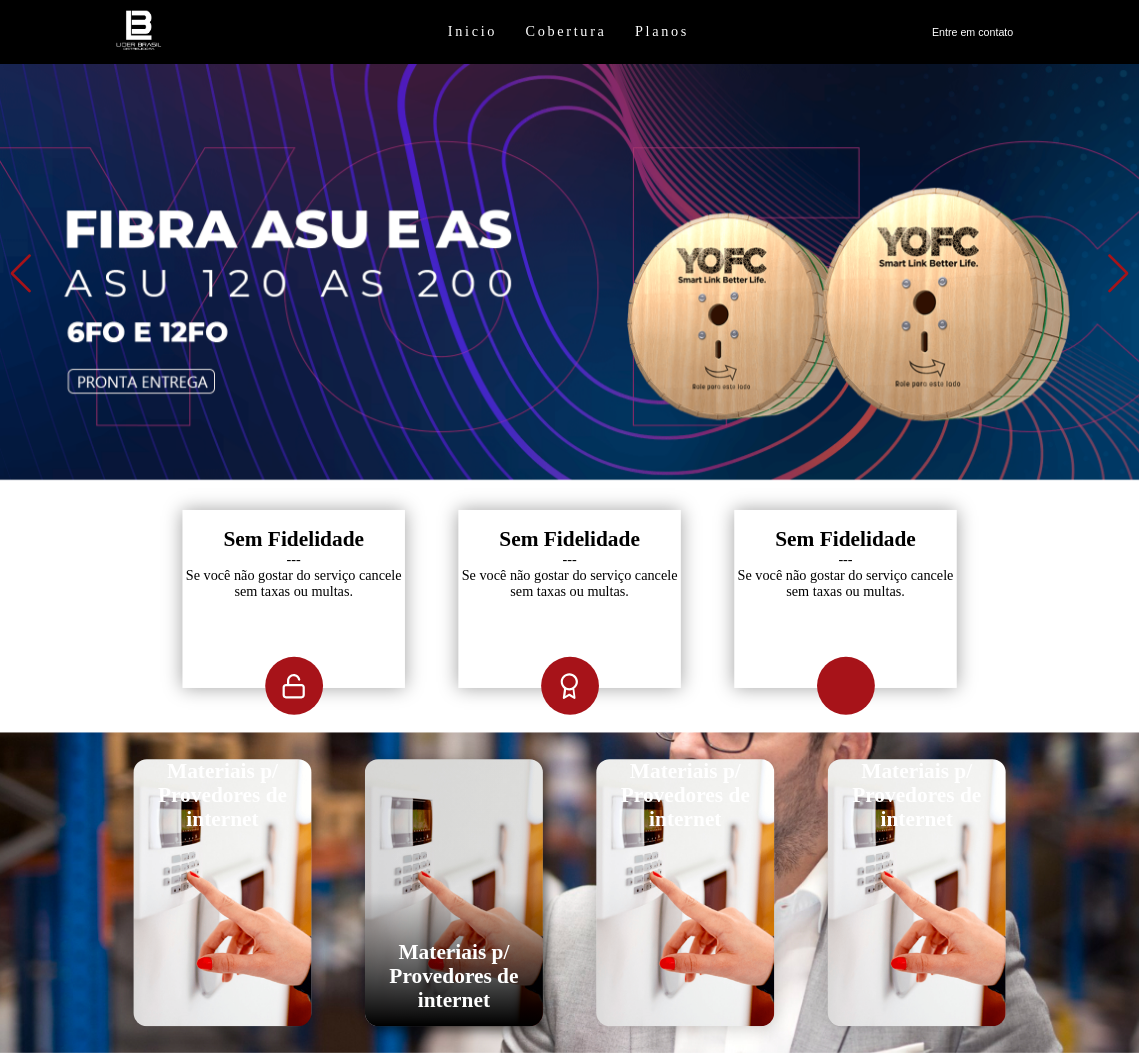
Repository: mateus-henrique-silva/Novo_institucional_lider
Page: index.html
The author's editor kept a copy of each file at every save. The page is drawn from the files as they stood at one save, then again after the next save.
The browser window is 1280 px wide. The pictures show the whole page, at 89% of full size.
Backgrounds fixed to the window are drawn as part of the page. Some web fonts or font styles are not loaded; a fallback is used.

Above is the page before, as saved 2022-09-06 10:30:27.
Console error: SyntaxError: Identifier 'MobileNavbar' has already been declared

### index.html
<!DOCTYPE html>
<html lang="en">
  <head>
    <meta charset="UTF-8" />
    <meta http-equiv="X-UA-Compatible" content="IE=edge" />
    <meta name="viewport" content="width=device-width, initial-scale=1.0" />
    <meta
      name="viewport"
      content="width=device-width, user-scalable=yes, initial-scale=1.0, maximum-scale=10, minimum-scale=1.0"
    />
    <link rel="stylesheet" href="./src/CSS/Global.css" />
    <link rel="stylesheet" href="./src/CSS/Header/style.css" />
    <link rel="stylesheet" href="./src/CSS/Main/style.css" />
    <link rel="stylesheet" href="./src/CSS/Main/Carousel/styles.css" />
    <link rel="stylesheet" href="./src/CSS/Main/Box/style.css" />
    <link rel="stylesheet" href="./src/CSS/Main/Products/style.css" />
    <link
      rel="stylesheet"
      href="https://unpkg.com/swiper@8/swiper-bundle.min.css"
    />

    <title>Líder Brasil</title>
  </head>
  <body>
    <header>
      <nav>
        <a class="logo"
          ><img src="./src/Assets/Logo/lb.png" width="50" alt=""
        /></a>
        <div class="mobile-menu">
          <div class="line1"></div>
          <div class="line2"></div>
          <div class="line3"></div>
        </div>
        <ul class="nav-list">
          <li><a href="#network index.html">Inicio</a></li>
          <li><a href="#map-container">Cobertura</a></li>
          <li><a href="#container">Planos</a></li>
        </ul>
        <ul>
          <li style="list-style: none; font-size: 10px">
            <a
              href="#"
              style="
                font-size: 12px;
                padding: 10px;
                font-family: arial;
                color: white;
              "
              onclick="openForm()"
              class="contact-header"
              >Entre em contato</a
            >
          </li>
        </ul>
      </nav>
    </header>
    <main>
      <section>
        <div class="swiper">
          <div class="swiper-wrapper">
            <div class="swiper-slide">
              <div class="project-img">
                <img
                  src="./src/Assets/img/carrossel/desktop/drop-desktop.png"
                  alt="Foto 01"
                />
              </div>
              <div class="project-img" id="mobile-img">
                <img
                  src="./src/Assets/img/carrossel/mobile/drop-mobile.png"
                  alt="Foto 03"
                />
              </div>
            </div>
            <div class="swiper-slide">
              <div class="project-img">
                <img
                  src="./src/Assets/img/carrossel/desktop/escada-desktop.png"
                  alt="Foto 01"
                />
              </div>
              <div class="project-img" id="mobile-img">
                <img
                  src="./src/Assets/img/carrossel/mobile/escada-mobile.png"
                  alt="Foto 03"
                />
              </div>
            </div>
            <div class="swiper-slide">
              <div class="project-img">
                <img src="./src/Assets/img/teste6.png" alt="Foto 01" />
              </div>
              <div class="project-img" id="mobile-img">
                <img src="./src/Assets/img/foto_03.png" alt="Foto 03" />
              </div>
            </div>
          </div>
          <div class="swiper-button-next"></div>
          <div class="swiper-button-prev"></div>
          <div class="swiper-pagination"></div>
        </div>
      </section>
      <section>
        <div class="section-box">
          <!-- card 1 -->

          <ul>
            <li class="box">
              <div class="box-inter">
                <h1>Sem Fidelidade</h1>
                <p>---</p>

                <p>
                  Se você não gostar do serviço cancele sem taxas ou multas.
                </p>
              </div>

              <div class="obj">
                <img
                  src="./src/Assets/img/icons/unlock.svg"
                  alt="arrowup"
                  srcset=""
                />
              </div>
            </li>
            <!-- card 2 -->
            <li class="box">
              <div class="box-inter">
                <h1>Sem Fidelidade</h1>
                <p>---</p>

                <p>
                  Se você não gostar do serviço cancele sem taxas ou multas.
                </p>
              </div>

              <div class="obj">
                <img
                  src="./src/Assets/img/icons/award.svg"
                  alt="arrowup"
                  srcset=""
                />
              </div>
            </li>
            <!-- card 3 -->
            <li class="box">
              <div class="box-inter">
                <h1>Sem Fidelidade</h1>
                <p>---</p>

                <p>
                  Se você não gostar do serviço cancele sem taxas ou multas.
                </p>
              </div>

              <div class="obj">
                <img
                  src="./src/Assets/img/icons/chevrons-up.svg"
                  alt="arrowup"
                  srcset=""
                />
              </div>
            </li>
          </ul>
        </div>
      </section>

      <section>
        <div class="background">
          <img
            class="img"
            src="./src/Assets/img/icons/aBlack.svg"
            alt=""
            srcset=""
          />

          <ul>
            <li>
              <div class="products">
                <button>text</button>
                <div>
                  <h2>Materiais p/ Provedores de internet</h2>
                </div>

              </div>
            </li>

            <li>

              <div class="products">
                <div class="back-radient">
                <button>text</button>
                <div>
                  <h2>Materiais p/ Provedores de internet</h2>
                </div>

              </div>
            </div>
            </li>

            <li>
              <div class="products">
                <button>text</button>
                <div>
                  <h2>Materiais p/ Provedores de internet</h2>
                </div>

              </div>
            </li>
            <li>
              <div class="products">
                <button>text</button>
                <div>
                  <h2>Materiais p/ Provedores de internet</h2>
                </div>

              </div>
            </li>
          </ul>
        </div>
      </section>
    </main>
    <footer></footer>
    <script src="https://unpkg.com/swiper@8/swiper-bundle.min.js"></script>
    <script src="./src/Scripts/Carousel/scripts.js"></script>
    <script src="./src/Scripts/Mobile/scripts.js"></script>
    <script src="./src/Scripts/Global.js"></script>
  </body>
</html>

### src/CSS/Global.css
@import url("https://fonts.googleapis.com/css2?family=Montserrat:ital,wght@0,100;0,200;0,300;0,400;0,500;0,600;0,700;0,800;0,900;1,100;1,200;1,300;1,400;1,500;1,600;1,700;1,800;1,900&family=Source+Serif+Pro:ital,wght@0,200;0,300;0,400;0,600;0,700;0,900;1,200;1,300;1,400;1,600;1,700;1,900&display=swap");

* {
  font-family: 'Source Serif Pro', serif;
  margin: 0;
  padding: 0;
  border: 0;

}


body{

}

### src/CSS/Header/style.css
header {
  width: 100%;
  background-color: black;
  margin-top: 0;
}
a {
  color: black;
  text-decoration: none;
  transition: 0.3s;
}

a:hover {
  opacity: 0.7;
}

.logo {
  align-items: center;
  width: 6%;

  text-transform: uppercase;
  letter-spacing: 4px;
}

.logo h1 {
  font-size: 12px;
}

nav {
  display: flex;
  z-index: 1;

  width: 100%;
  margin-top: 0;

  justify-content: space-around;
  align-items: center;
  background-color: black;
  height: 10vh;
}

.nav-list {
  text-align: center;
  justify-content: center;
  list-style: none;
  display: flex;
  z-index: 1;
}

.nav-list li {
  letter-spacing: 3px;
  margin-left: 32px;
}
.nav-list li a {
  color: white;
}
.nav-list li a:hover {
  color: #ff073b;
}

.mobile-menu {
  display: none;
  margin-left: 80px;
  cursor: pointer;
}

.mobile-menu div {
  transition: 0.3s;

  width: 32px;
  height: 2px;
  background: white;
  margin: 8px;
}

@media (max-width: 950px) {
  body {
    overflow-x: hidden;
  }

  .nav-list {
    position: absolute;
    top: 7vh;
    right: 0;
    width: 100vw;
    height: 100vh;
    background-color: white;
    flex-direction: column;
    color: white;
    /* align-items: center; */
    display: none;
    justify-content:flex-start;
    transition: 0.4s ease-in;
    /* justify-content: space-around; */
    transform: translateX(100%);
  }

  .nav-list li {
    margin-top:100px;
    margin-left: 0;
    opacity: 0;
  }

  .mobile-menu {
    display: block;
  }
  .contact-header {
    display: none;
  }

  .logo {
    margin-left:10px;
    width: 60%;
  }
}

.nav-list.active {
  transition: 0.3s;
  overflow-y: hidden;
  position: fixed;
  z-index: 10000;
  background-color: black;
  transform: translateX(0);
  display: flex;
}

.nav-list.active li {
  color: white!important;
  font-weight:bold;
}

.nav-list.active li {
  color: white;
}

@keyframes navLinkFade {
  from {
    opacity: 0;
    transform: translateX(50px);
  }

  to {
    opacity: 1;
    transform: translateX(0);
  }
}

.mobile-menu.active .line1 {
  transform: rotate(-45deg) translate(-8px, 8px);
}

.mobile-menu.active .line2 {
  opacity: 0;
}

.mobile-menu.active .line3 {
  transform: rotate(45deg) translate(-5px, -7px);
}

### src/CSS/Main/style.css
main{
    width: 100%;
    height: 100%;

    max-width: 100vw;
}


section{

    width: 100%;
    max-width: 100vw;
    height: 100%;
}


ul li {
    list-style: none;
}

### src/CSS/Main/Carousel/styles.css
.swiper {
    height: 100%!important;

  }

  .swiper-slide {
    text-align: center;
    display: flex;
    height: 100%!important;
    align-items: center;
    justify-content: center;
  }

  @media (max-width: 450px) {
    .swiper {
      height: 270px;
    }

    .project-img img{
      width: 100%;
      height: 100%!important;
    }
  }

  .project-img img{
    width: 100%;
    /* height: 80vh; */
  }



  .swiper-pagination-bullet{
    color: white !important;
    /* margin-top:-10px!important; */
    background-color:white !important;
  }

  /*
    largura => 3840
    Altura => 420

  */


  .swiper-button-next:after, .swiper-button-prev:after{
    color:#a71319 !important;
  }

  #mobile-img{
    display: none;
  }


  @media(max-width:999px){
    #mobile-img{
      display: block!important;
    }


    .project-img{
      display:none;
    }
  }


.menu{
  display:flex;
  flex-direction:column;
}

### src/CSS/Main/Box/style.css
.section-box {
  width: 100%;

  justify-content: center;
  align-items: center;
  display: flex;
}

.box {
  display: flex;
  flex-direction: column;
  /* justify-content: center; */

  justify-content: flex-end;
  align-items: center;
  height: 100%;
  margin: 30px;
  margin-bottom: 20px;
  /* width: 100%; */
  /* background-color: red; */
}

@media (max-width: 770px) {
  .section-box {
    width: 100%;
    justify-content: space-around;
    flex-direction: column;
    display: flex;
  }

  .box-inter {
    background-color: white;
    height: 100px;
    width: 200px;
    /* width: 100%; */
  }
}

@media (max-width: 480px) {
  .box-inter {
    height: 170px !important;
    width: 170px !important;
    /* width: 100%; */
  }

  .obj {
    height: 45px !important;

    margin-top: -35px;
    width: 45px !important;
  }

  .obj img {
    width: 20px !important;
  }
}

.box-inter {
  background-color: white;
  height: 200px;
  width: 250px;
  -webkit-box-shadow: 0px 0px 20px 0px rgba(0, 0, 0, 0.37);
  box-shadow: 0px 0px 20px 0px rgba(0, 0, 0, 0.37);
  display: flex;

  flex-direction: column;
  align-items: center;
  text-align: center;

  /* width: 100%; */
}

.box-inter h1 {
  margin-top: 20px;
  font-size: clamp(1em, 1em + 1vw, 1.5em);
}

.box p {
  font-size: clamp(1em, 1em + 0.5vw, 0.5em);
}
.obj {
  background-color: #a71319;
  height: 65px;

  border-radius: 50%;
  display: flex;
  align-items: center;
  justify-content: center;
  margin-top: -35px;
  width: 65px;
}

.obj img {
  width: 30px;
}

.section-box ul {
  display: flex;
  overflow-x: auto;
  width: 100%;
  justify-content: center;
  scroll-behavior: smooth;
}

.section-box .img-arrow {
  display: none;
}

@media (max-width: 600px) {
  .section-box .img-arrow {
    display: flex;
    justify-content: flex-end;

    animation: mymove 0.8s infinite;
  }
  .section-box ul {
    display: flex;
    overflow-x: auto;
    width: 100%;
    justify-content: flex-start;
    scroll-behavior: smooth;
  }
  @keyframes mymove {
    from {
      left: 280px;
    }
    to {
      left: 300px;
    }
  }
}

### src/CSS/Main/Products/style.css
.background {
  width: 100%;
  background: url("../../../Assets/img/Background/medio.jpg") no-repeat center
    fixed;
  height: 100%;
  display: flex;
  justify-content: space-around;
  justify-content: center;
  align-items: center;
}
.background ul {
  display: flex;
  overflow-x: auto;
  overflow-y: hidden;
  scroll-behavior: smooth;
  /* width: 100px; */
}
.background img {
  display: none;
}

.background ul li .products .img {
  display: flex;
}

.products {
  margin: 30px;
  background: url("../../../Assets/img/Background/products/alarme.png")
    no-repeat center;
    border-radius:15px;

  background-size: 100%;

  height: 300px;
  width: 200px;
  -webkit-box-shadow: 0px 0px 20px 0px rgba(0, 0, 0, 0.2) !important;
  box-shadow: 0px 0px 20px 0px rgba(0, 0, 0, 0.2) !important;
  background-color: white;
  display: flex;
  text-align: center;
  flex-direction: column;
  align-items: center;
  box-sizing: border-box;
  transition: 0.5s;
}

.products div h2 {
  margin-bottom: 15px;
   color:white;
  transition:2s;
}
.products:hover .back-radient {
  align-items: center;
  justify-content: center;
  transition:2s;
}
.products:hover div h2 {

  display: none;
}
@media (max-width: 600px) {
  .background .img {
    position: absolute;
    margin-top: 170px;
    display: flex;
    justify-content: flex-end;
    animation: mymove 0.8s infinite;
  }

  @keyframes mymove {
    from {
      left: 280px;
    }
    to {
      left: 300px;
    }
  }
}

.products button {
  background-color: black;
  display: none;
  color: white;
  cursor: pointer;
  transition: 0.7s;
  padding: 8px 25px 8px;
}

button:hover {
  text-decoration: underline;
}

.products:hover button {
  background-color: black;
  display: flex;

  color: white;
  cursor: pointer;
  padding: 8px 25px 8px;
}
.back-radient{
  width: 100%;
height: 100%;

transition: 0.7s;
display: flex;
align-items: flex-end;
background: linear-gradient(180deg, rgba(0, 0, 0, 0.0962963) 50%, #000000 100%);
box-shadow: 5px 6px 11px rgba(0, 0, 0, 0.45);
border-radius: 15px;
}

### src/Scripts/Mobile/scripts.js
class MobileNavbar{


    constructor(mobileMenu, navList, navLinks){
        this.mobileMenu = document.querySelector(mobileMenu);
        this.navList = document.querySelector(navList);
        this.navLinks = document.querySelectorAll(navLinks);
        this.activeClass = "active";
        this.hadleClick =  this.hadleClick.bind(this);


    }

    animateLinks(){
        this.navLinks.forEach((link, index)=>{

            var calc = index/7+0.3;


            link.style.animation
            ?(link.style.animation="")
            :(link.style.animation= `navLinkFade 0.5s ease forwards ${calc}s`);


        });


    }


    hadleClick(){


        this.navList.classList.toggle(this.activeClass);
        this.mobileMenu.classList.toggle(this.activeClass);
        this.animateLinks();
    }

    addClickEvent(){
        this.mobileMenu.addEventListener("click", this.hadleClick);


    }

    init(){

        if(this.mobileMenu){

            this.addClickEvent();
        }
        return this;
    }
    }



    const mobileNavbar = new MobileNavbar(

        ".mobile-menu",

        ".nav-list",

        ".nav-list li",


        );


    mobileNavbar.init();

### src/Scripts/Global.js
document.onmousedown=disableclick;
function disableclick(event)
{
  if(event.button==2)
   {
     return false;
   }
}

### src/Assets/img/icons/award.svg
<?xml version="1.0" encoding="utf-8"?>
<!-- Generator: Adobe Illustrator 24.0.1, SVG Export Plug-In . SVG Version: 6.00 Build 0)  -->
<svg version="1.1" id="Camada_1" xmlns="http://www.w3.org/2000/svg" xmlns:xlink="http://www.w3.org/1999/xlink" x="0px" y="0px"
	 viewBox="0 0 24 24" style="enable-background:new 0 0 24 24;" xml:space="preserve">
<style type="text/css">
	.st0{fill:#FFFFFF;}
</style>
<path class="st0" d="M19.5,8.1c0-4.3-3.5-7.7-7.7-7.7S4,3.9,4,8.1c0,2.5,1.2,4.7,3,6.1l-1.1,8.3c0,0.4,0.1,0.7,0.4,0.9
	c0.3,0.2,0.7,0.2,1,0l4.3-2.6l4.3,2.6c0.2,0.1,0.3,0.1,0.5,0.1c0.2,0,0.4-0.1,0.5-0.2c0.3-0.2,0.5-0.6,0.4-0.9l-1.1-8.3
	C18.3,12.8,19.5,10.6,19.5,8.1z M5.9,8.1c0-3.2,2.6-5.8,5.8-5.8s5.8,2.6,5.8,5.8s-2.6,5.8-5.8,5.8S5.9,11.3,5.9,8.1z M15.4,20.8
	l-3.1-1.9c-0.3-0.2-0.7-0.2-1,0l-3.1,1.9l0.7-5.5c0.9,0.4,1.9,0.6,2.9,0.6c1,0,2-0.2,2.9-0.6L15.4,20.8z"/>
</svg>

### src/Assets/img/icons/chevrons-up.svg
<svg xmlns="http://www.w3.org/2000/svg" width="24" height="24" viewBox="0 0 24 24" fill="none" stroke="" stroke-width="2" stroke-linecap="round" stroke-linejoin="round" class="feather feather-chevrons-up"><polyline points="17 11 12 6 7 11"></polyline><polyline points="17 18 12 13 7 18" color="white"></polyline></svg>

After the next save:
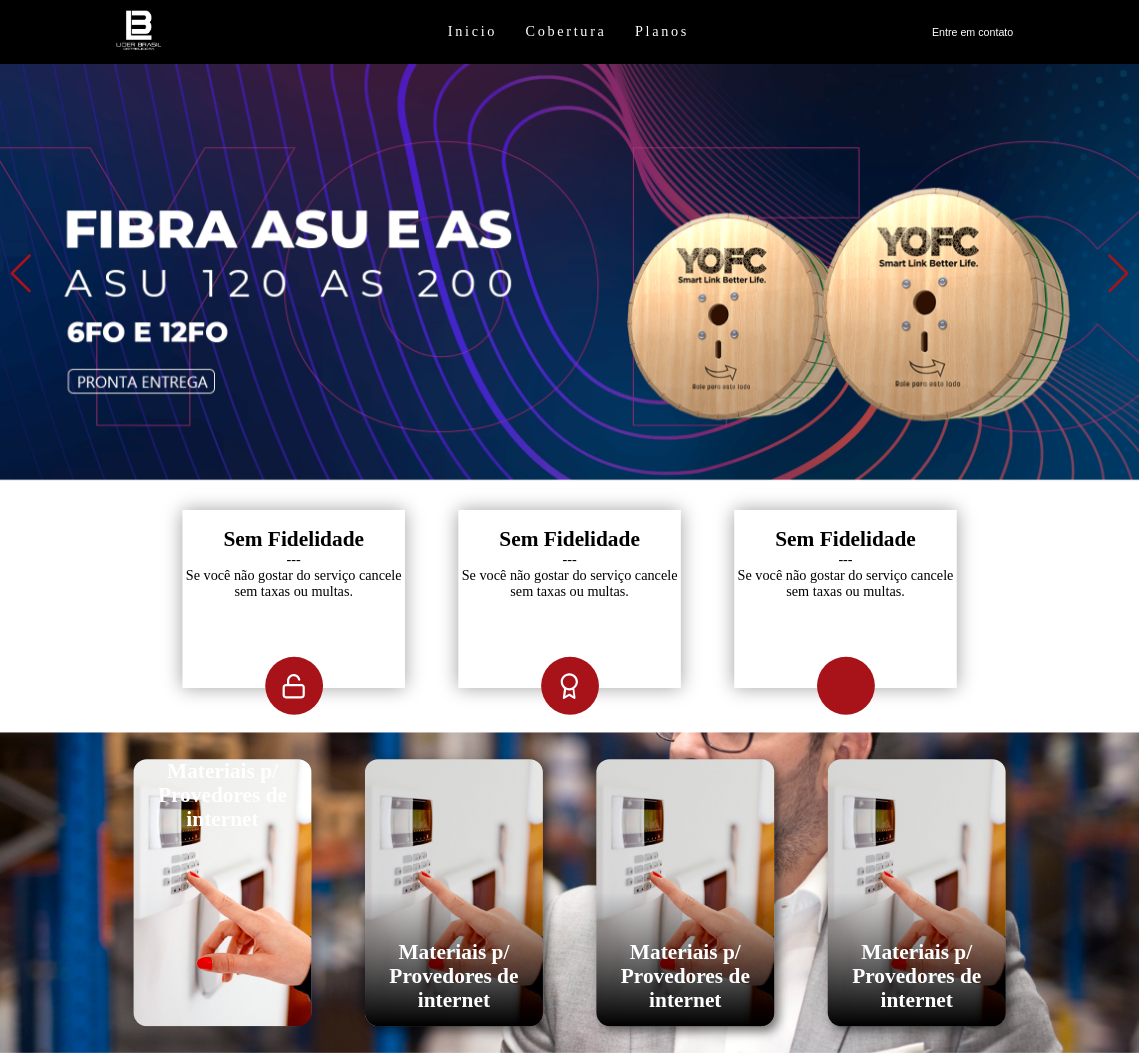
Saved 17 s later.
--- a/index.html
+++ b/index.html
@@ -199,23 +199,29 @@
             </div>
             </li>
 
-            <li>
-              <div class="products">
-                <button>text</button>
-                <div>
-                  <h2>Materiais p/ Provedores de internet</h2>
-                </div>
-
-              </div>
-            </li>
-            <li>
-              <div class="products">
-                <button>text</button>
-                <div>
-                  <h2>Materiais p/ Provedores de internet</h2>
-                </div>
-
-              </div>
+              <li>
+
+              <div class="products">
+                <div class="back-radient">
+                <button>text</button>
+                <div>
+                  <h2>Materiais p/ Provedores de internet</h2>
+                </div>
+
+              </div>
+            </div>
+            </li>
+              <li>
+
+              <div class="products">
+                <div class="back-radient">
+                <button>text</button>
+                <div>
+                  <h2>Materiais p/ Provedores de internet</h2>
+                </div>
+
+              </div>
+            </div>
             </li>
           </ul>
         </div>
